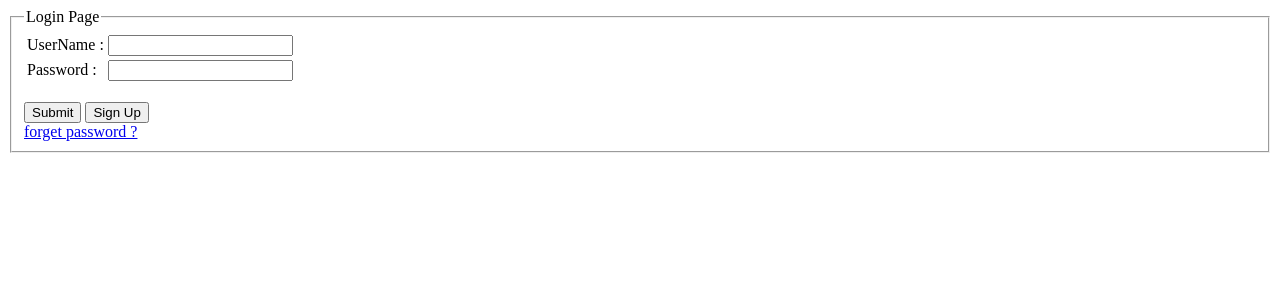
Repository: vishaldhardubey/Java-Programs-BridgeIT
Page: Maven/StudentInfoApplication/WebContent/loginPage.html
The author's editor kept a copy of each file at every save. The page is drawn from the files as they stood at one save, then again after the next save.
The browser window is 1280 px wide. The pictures show the whole page.

Above is the page before, as saved 2018-06-20 07:00:25.

After the next save:
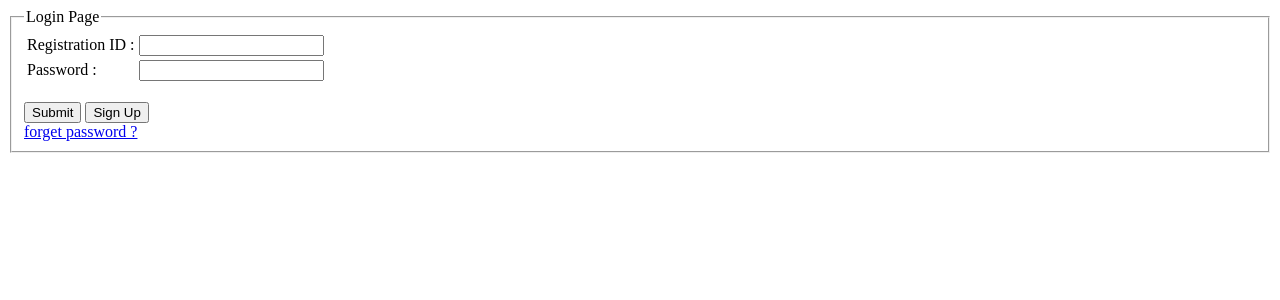
Saved 13 min 20 s later.
--- a/Maven/StudentInfoApplication/WebContent/loginPage.html
+++ b/Maven/StudentInfoApplication/WebContent/loginPage.html
@@ -26,7 +26,7 @@ function Validation(){
 <form action="login" method="POST">
 	<table>
 	<tr>
-		<td>UserName :</td>
+		<td>Registration ID :</td>
 		<td> <input type ="text" name="user" id="fs"></td>
 		</tr>
 		<tr>
